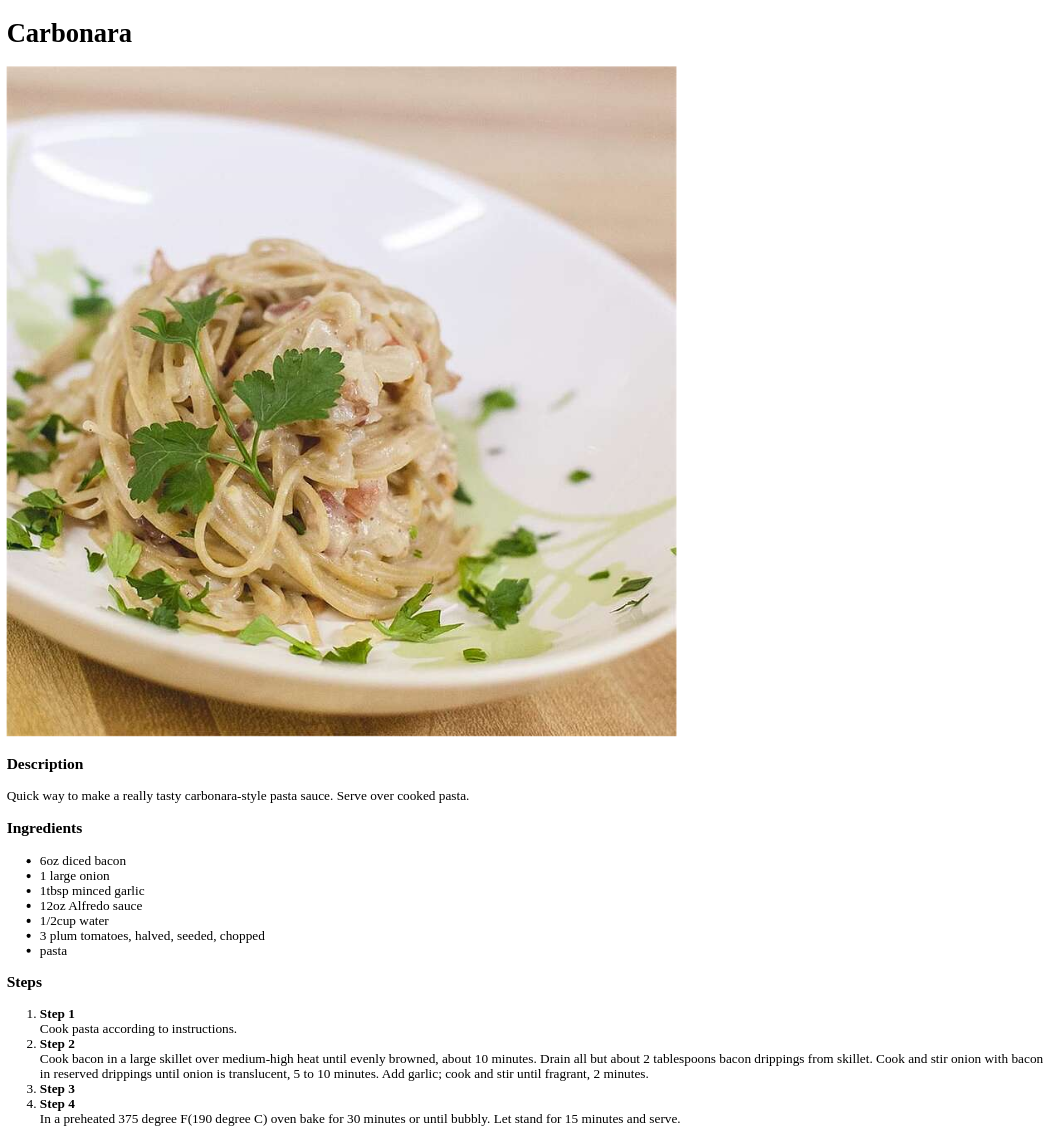
Repository: evemcd/odin_project
Page: odin-project1-recipes/recipes/carbonara.html
The author's editor kept a copy of each file at every save. The page is drawn from the files as they stood at one save, then again after the next save.
The browser window is 1280 px wide. The pictures show the whole page, at 83% of full size.

Above is the page before, as saved 2022-01-30 12:10:38.

### odin-project1-recipes/recipes/carbonara.html
<!DOCTYPE html>
<html lang="en">
<head>
    <meta charset="UTF-8">
    <title>Carbonara</title>
</head>
<body>
    <h1>Carbonara</h1>
    <img src="../images/carbonara.jfif" alt="Carbonara">
    <h3>Description</h3>
    <p>Quick way to make a really tasty carbonara-style pasta sauce. Serve over cooked pasta.</p>
    <h3>Ingredients</h3>
    <ul>
        <li>6oz diced bacon</li>
        <li>1 large onion</li>
        <li>1tbsp minced garlic</li>
        <li>12oz Alfredo sauce</li>
        <li>1/2cup water</li>
        <li>3 plum tomatoes, halved, seeded, chopped</li>
        <li>pasta</li>
    </ul>
    <h3>Steps</h3>
    <ol>
        <li><strong>Step 1</strong><br>Cook pasta according to instructions.</li>
        <li><strong>Step 2</strong><br>Cook bacon in a large skillet over medium-high heat until evenly browned, about 10 minutes. Drain all but about 2 tablespoons bacon drippings from skillet. Cook and stir onion with bacon in reserved drippings until onion is translucent, 5 to 10 minutes. Add garlic; cook and stir until fragrant, 2 minutes.</li>
        <li><strong>Step 3</strong><br></li>
        <li><strong>Step 4</strong><br>In a preheated 375 degree F(190 degree C) oven bake for 30 minutes or until bubbly. Let stand for 15 minutes and serve.</li>
    </ol>
</body>
</html>

After the next save:
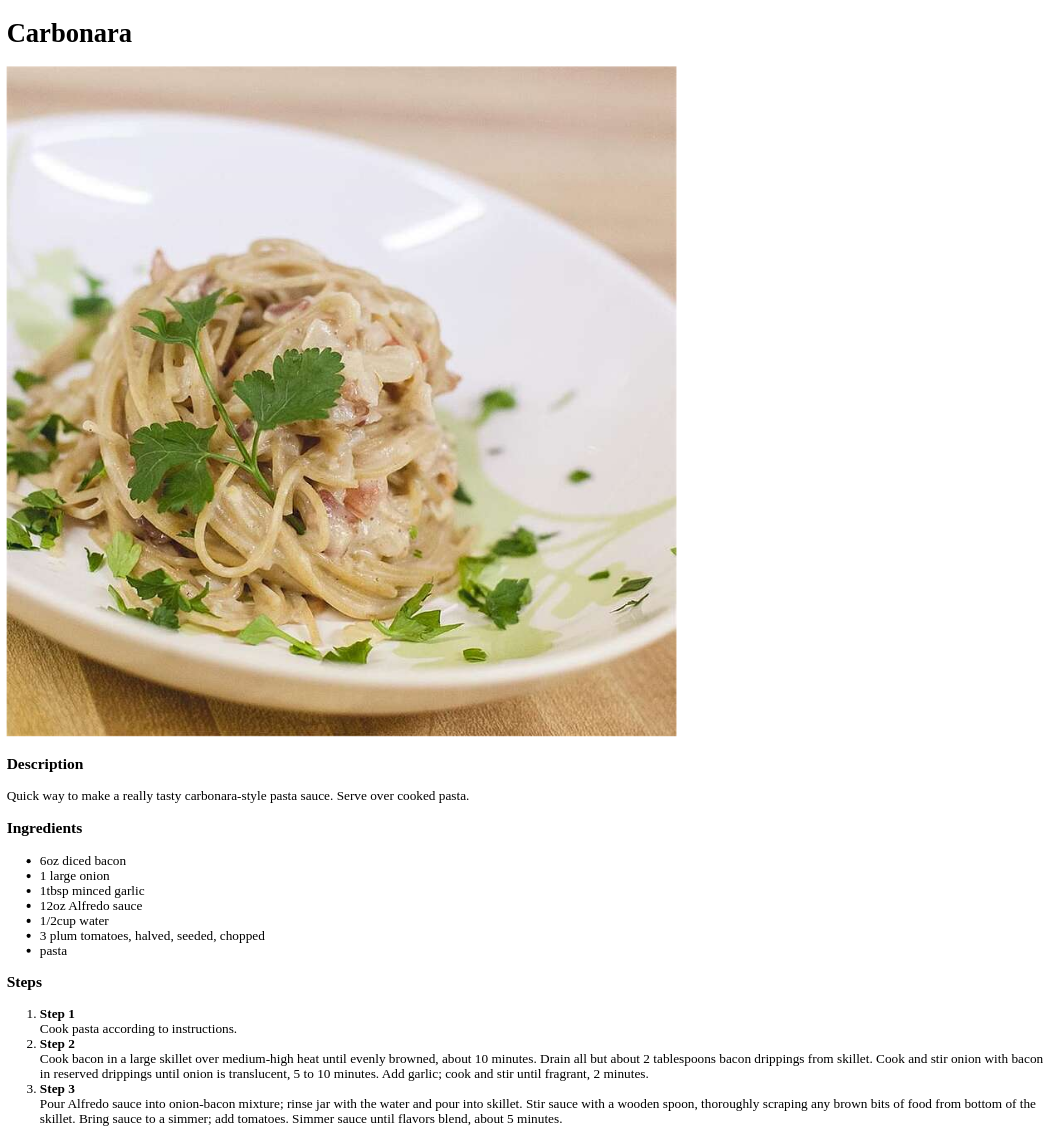
Saved 14 s later.
--- a/odin-project1-recipes/recipes/carbonara.html
+++ b/odin-project1-recipes/recipes/carbonara.html
@@ -23,8 +23,7 @@
     <ol>
         <li><strong>Step 1</strong><br>Cook pasta according to instructions.</li>
         <li><strong>Step 2</strong><br>Cook bacon in a large skillet over medium-high heat until evenly browned, about 10 minutes. Drain all but about 2 tablespoons bacon drippings from skillet. Cook and stir onion with bacon in reserved drippings until onion is translucent, 5 to 10 minutes. Add garlic; cook and stir until fragrant, 2 minutes.</li>
-        <li><strong>Step 3</strong><br></li>
-        <li><strong>Step 4</strong><br>In a preheated 375 degree F(190 degree C) oven bake for 30 minutes or until bubbly. Let stand for 15 minutes and serve.</li>
+        <li><strong>Step 3</strong><br>Pour Alfredo sauce into onion-bacon mixture; rinse jar with the water and pour into skillet. Stir sauce with a wooden spoon, thoroughly scraping any brown bits of food from bottom of the skillet. Bring sauce to a simmer; add tomatoes. Simmer sauce until flavors blend, about 5 minutes.</li>
     </ol>
 </body>
 </html>
